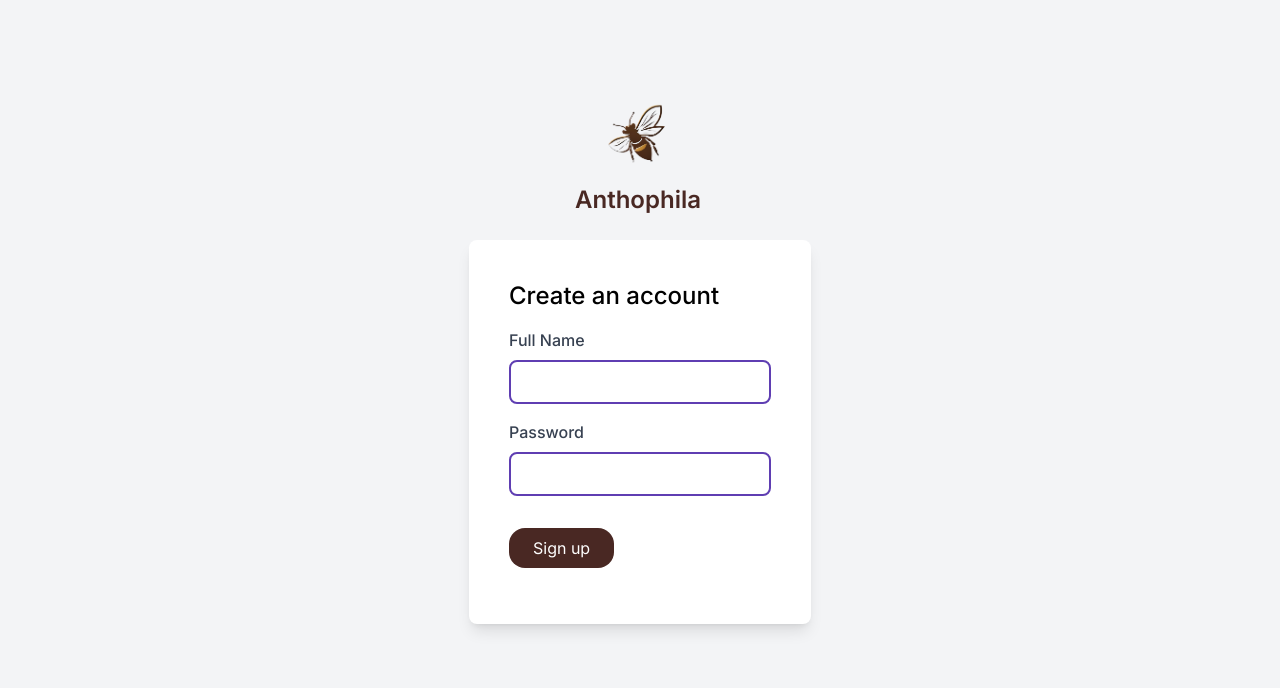
Repository: marcusdashe/anthophila
Page: /signup
The author's editor kept a copy of each file at every save. The page is drawn from the files as they stood at one save, then again after the next save.
The browser window is 1280 px wide. The pictures show the whole page.
The project was rebuilt for these pictures with package versions that can differ from the ones it lists, and the page was loaded fresh each time. The framework's server and built-in components were replaced by stand-ins that run in the browser. Also part of the build but not shown: next.config.js.

Above is the page before, as saved 2023-03-01 23:33:54.

After the next save:
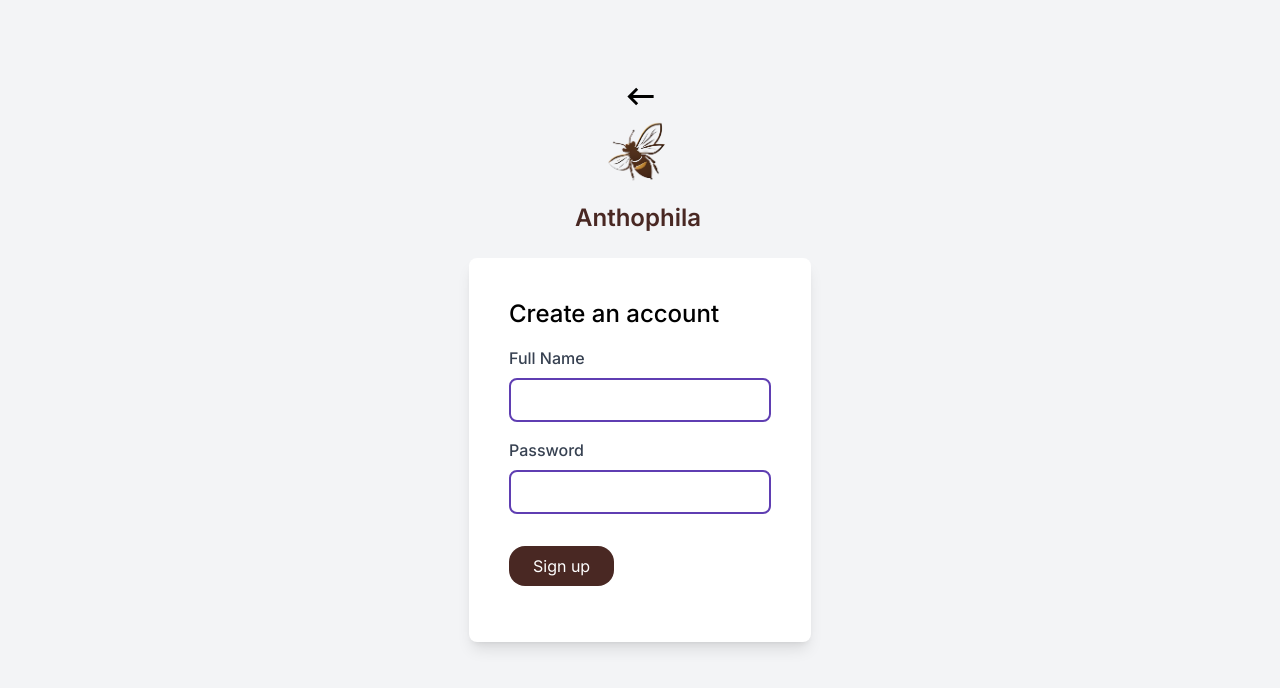
Saved 33 s later.
--- a/pages/signup.js
+++ b/pages/signup.js
@@ -33,6 +33,7 @@
   }
   return (
     <div className="flex flex-col items-center justify-center h-screen bg-gray-100">
+      <KeyboardBackspaceIcon fontSize='large' />
       <div className='font-bold text-2xl cursor-pointer flex flex-col items-center text-gray-80 hover:scale-110 duration-500 mb-6'>
             <img src="/assets/logo.png" alt="logo" className="object-scale-down h-20 w-20" />
                 <span className='text-2xl text-[#492823] mr-1 pt-2 '>

After the 3 saves that followed:
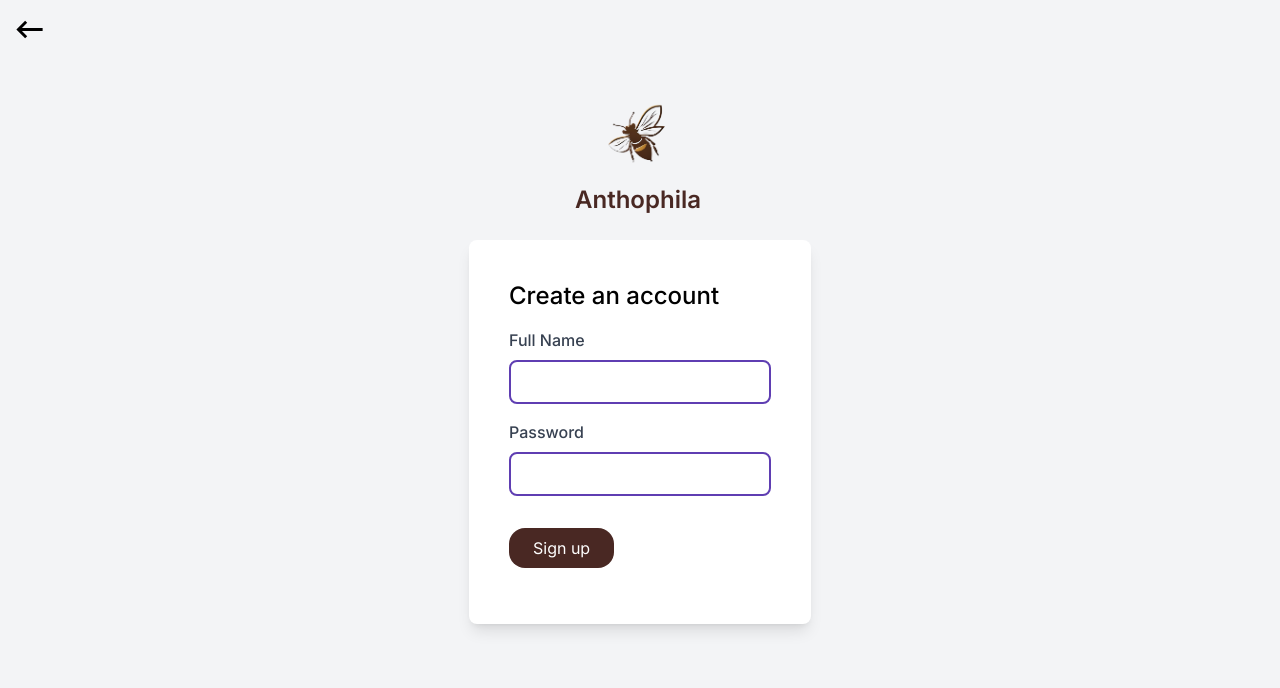
The 3 saves are shown as one change because 2 left the picture as it was.
The last was saved 2 min 18 s later.
--- a/pages/signup.js
+++ b/pages/signup.js
@@ -33,7 +33,7 @@
   }
   return (
     <div className="flex flex-col items-center justify-center h-screen bg-gray-100">
-      <KeyboardBackspaceIcon fontSize='large' />
+     <figure className='fixed top-3 left-3'><KeyboardBackspaceIcon fontSize='large'/></figure>
       <div className='font-bold text-2xl cursor-pointer flex flex-col items-center text-gray-80 hover:scale-110 duration-500 mb-6'>
             <img src="/assets/logo.png" alt="logo" className="object-scale-down h-20 w-20" />
                 <span className='text-2xl text-[#492823] mr-1 pt-2 '>
